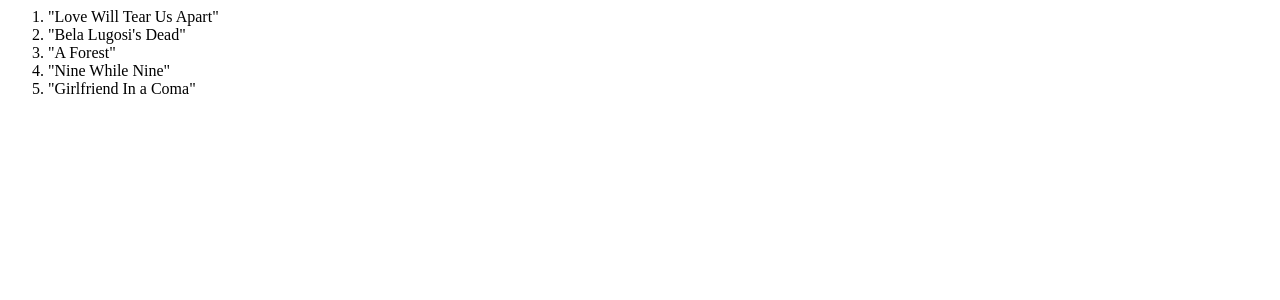
Repository: NthigaDenis/example-repository
Page: phase-0-html-experiencing-html-lab/mylist.html
An editor plug-in stored every save of this project. The page is shown before and after the next save, followed by the edit.
The browser window is 1280 px wide. The pictures show the whole page.

Above is the page before, as saved 2022-07-30 11:30:47.

After the next save:
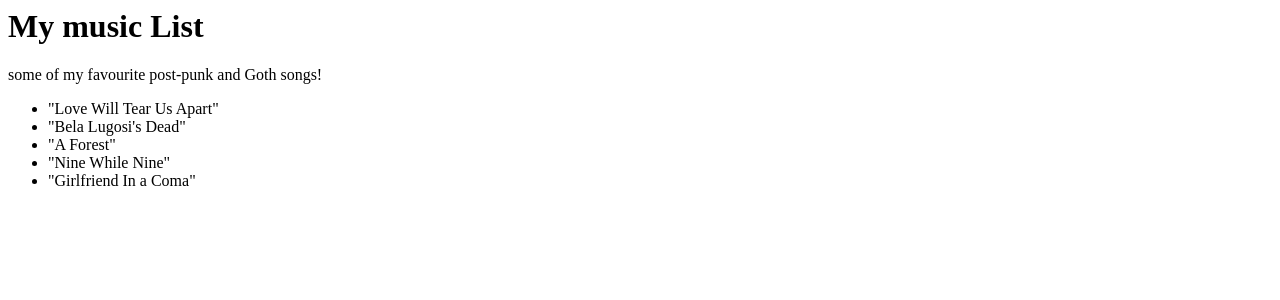
Saved 5 min 42 s later.
--- a/phase-0-html-experiencing-html-lab/mylist.html
+++ b/phase-0-html-experiencing-html-lab/mylist.html
@@ -1,7 +1,10 @@
-<ol>
+<h1> My music List</h1>
+<p>some of my favourite post-punk and Goth songs!</p>
+
+<ul>
     <li>"Love Will Tear Us Apart"</li>
     <li>"Bela Lugosi's Dead"</li>
     <li> "A Forest"</li>
     <li>"Nine While Nine"</li>
     <li>"Girlfriend In a Coma"</li>
-</ol>
+</ul>
